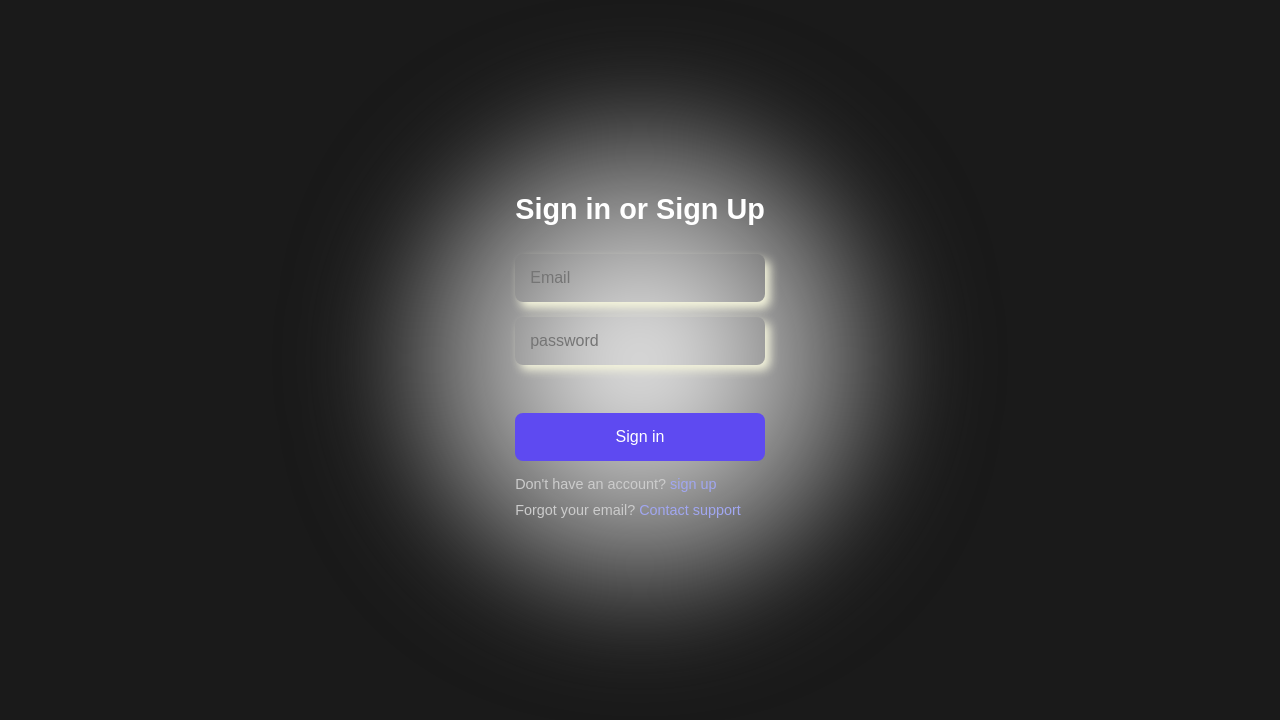
Repository: cmd-keyu/mobileppsh
Page: pages/login.html
The author's editor kept a copy of each file at every save. The page is drawn from the files as they stood at one save, then again after the next save.
The browser window is 1280 px wide. The pictures show the whole page.

Above is the page before, as saved 2024-11-12 12:17:36.

### pages/login.html
<!DOCTYPE html>
<html lang="en">
<head>
  <meta charset="UTF-8">
  <meta name="viewport" content="width=device-width, initial-scale=1.0">
  <title>Sign In Form</title>
  <link rel="stylesheet" href="../css/login.css">
  <script src="../javascript/login.js" defer></script>
</head>
<body>
  <div class="container">
    <div class="glow-box">
      <h2 style="color: white;">Sign in or Sign Up</h2>
      <br>
      <!-- <p>All that is required is only your email for sign-up or sign-in!!</p> -->
      <form action="account.html">
        <div class="sign-up">
            <input type="text" placeholder="name" class="disabled-btn hi">
            <br>
            <br>
            <input type="text" placeholder="address (Optional)" class="hi">
            <br>
            </div>
        <input type="email" placeholder="Email" required class="hi">
        <input type="password" placeholder="password" required class="hi">
        <br>
        <button type="submit" class="sign-in-btn-hide">Sign in</button>
        <button type="submit" class="sign-up-btn-hide">Sign up</button>
      </form>
      <div class="support">
        <p class="sign-up-text-hide">Don't have an account? <label for="sign-up-btn" class="colorsnup">sign up</label><button class="sign-up-btn hide-btn2" id="sign-up-btn">sign up</button></p>
        <p class="sign-in-text-hide">Already have an account? <label for="sign-in-btn" class="colorsnup">sign in</label><button class="sign-in-btn hide-btn2" id="sign-in-btn">sign in</button></p>
        <p>Forgot your email? <a href="#">Contact support</a></p>
      </div>
    </div>
  </div>
</body>
</html>

### css/login.css
* {
    margin: 0;
    padding: 0;
    box-sizing: border-box;
    font-family: Arial, sans-serif;
  }

  body {
    display: flex;
    justify-content: center;
    align-items: center;
    height: 100vh;
    background-color: #1a1a1a;
  }

  .container {
    display: flex;
    justify-content: center;
    align-items: center;
    height: 100%;
  }

  .glow-box::before {
    content: '';
    position: absolute;
    top: 50%;
    left: 50%;
    width: 500px;
    height: 500px;
    background: radial-gradient(circle, white, black);
    transform: translate(-50%, -50%);
    z-index: -1;
    border-radius: 50%;
    filter: blur(50px);
  }

  h2 {
    font-size: 1.8em;
    margin-bottom: 10px;
  }
  label:hover{

    text-decoration: underline;

  }

  p {
    margin-bottom: 10px;
    font-size: 0.9em;
    color: #ccc;
  }

  form {
    display: flex;
    flex-direction: column;
    gap: 15px;
  }

  input[type="email"] {
    padding: 15px;
    font-size: 1em;
    border: none;
    border-radius: 8px;
    outline: none;
    width: 100%;
     box-shadow: 5px 6px 10px beige;
     color: wheat;

  }
  input[type="password"] {
    padding: 15px;
    font-size: 1em;
    border: none;
    border-radius: 8px;
    outline: none;
    width: 100%;
     box-shadow: 5px 5px 10px beige;

  }

  input[type="text"] {
    padding: 15px;
    font-size: 1em;
    border: none;
    border-radius: 8px;
    outline: none;
    width: 100%;
     box-shadow: 9px 9px 10px beige;

  }

  button {
    padding: 15px;
    font-size: 1em;
    background-color: #5e4af1;
    color: #fff;
    border: none;
    border-radius: 8px;
    cursor: pointer;
    transition: background 0.3s;
  }

  button:hover {
    background-color: #4a3bdb;
  }

  .support {
    margin-top: 15px;
  }

  .support a {
    color: #a1a7f1;
    text-decoration: none;
  }

  .support a:hover {
    text-decoration: underline;
  }

  .sign-up{
    display: none;
  }

  .colorsnup{
    color: #a1a7f1;
  }

  .sign-up-btn-hide{
    display: none;
  }

  .hide-btn2{
    display: none;
  }

  .sign-in-text-hide{
    display: none;
  }
  .hi{
    /* border: none; */
    background-color: inherit;
    border-bottom: solid beige 1px;
    box-shadow: 9px 9px 10px beige;
  }

### javascript/login.js

const sign_up = document.querySelector('.sign-up')
const sign_up_btn = document.querySelector('.sign-up-btn')
const sign_in_btn = document.querySelector('.sign-in-btn')
const sign_in_btn_hide = document.querySelector('.sign-in-btn-hide')
const sign_up_btn_hide = document.querySelector('.sign-up-btn-hide')
const sign_in_text_hide = document.querySelector('.sign-in-text-hide')
const sign_up_text_hide = document.querySelector('.sign-up-text-hide')
const disabled_btn = document.querySelector('.disabled-btn')

sign_up_btn.addEventListener("click", () => {

  sign_up.style.display = 'block'
  sign_in_btn_hide.style.display = 'none'
  sign_up_btn_hide.style.display = 'block'
  sign_in_text_hide.style.display = 'block'
  sign_up_text_hide.style.display = 'none'
  disabled_btn.setAttribute('required', true)

})

sign_in_btn.addEventListener("click", () => {

  sign_up.style.display = 'none'
  sign_in_btn_hide.style.display = 'block'
  sign_up_btn_hide.style.display = 'none'
  sign_in_text_hide.style.display = 'none'
  sign_up_text_hide.style.display = 'block'
  disabled_btn.setAttribute('required', false)

})

After the next save:
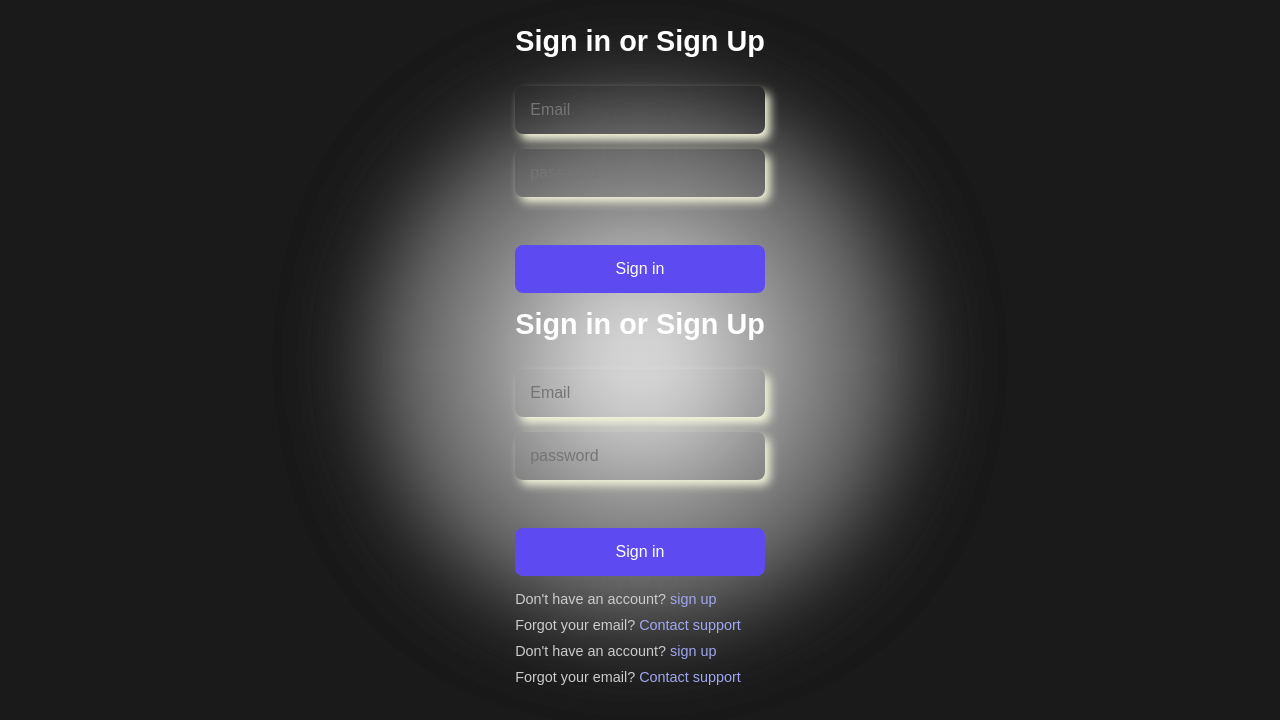
Console error: SyntaxError: Identifier 'sign_up' has already been declared
Saved 4 min 5 s later.
--- a/pages/login.html
+++ b/pages/login.html
@@ -1,4 +1,33 @@
 <!DOCTYPE html>
+<html lang="en">
+<head>
+  <meta charset="UTF-8">
+  <meta name="viewport" content="width=device-width, initial-scale=1.0">
+  <title>Sign In Form</title>
+  <link rel="stylesheet" href="../css/login.css">
+  <script src="../javascript/login.js" defer></script>
+</head>
+<body>
+  <div class="container">
+    <div class="glow-box">
+      <h2 style="color: white;">Sign in or Sign Up</h2>
+      <br>
+      <!-- <p>All that is required is only your email for sign-up or sign-in!!</p> -->
+      <form action="account.html">
+        <div class="sign-up">
+            <input type="text" placeholder="name" class="disabled-btn hi">
+            <br>
+            <br>
+            <input type="text" placeholder="address (Optional)" class="hi">
+            <br>
+            </div>
+        <input type="email" placeholder="Email" required class="hi">
+        <input type="password" placeholder="password" required class="hi">
+        <br>
+        <button type="submit" class="sign-in-btn-hide">Sign in</button>
+        <button type="submit" class="sign-up-btn-hide">Sign up</button>
+      </form>
+      <div class="support"><!DOCTYPE html>
 <html lang="en">
 <head>
   <meta charset="UTF-8">
@@ -36,3 +65,12 @@
   </div>
 </body>
 </html>
+
+        <p class="sign-up-text-hide">Don't have an account? <label for="sign-up-btn" class="colorsnup">sign up</label><button class="sign-up-btn hide-btn2" id="sign-up-btn">sign up</button></p>
+        <p class="sign-in-text-hide">Already have an account? <label for="sign-in-btn" class="colorsnup">sign in</label><button class="sign-in-btn hide-btn2" id="sign-in-btn">sign in</button></p>
+        <p>Forgot your email? <a href="#">Contact support</a></p>
+      </div>
+    </div>
+  </div>
+</body>
+</html>

After the save that followed:
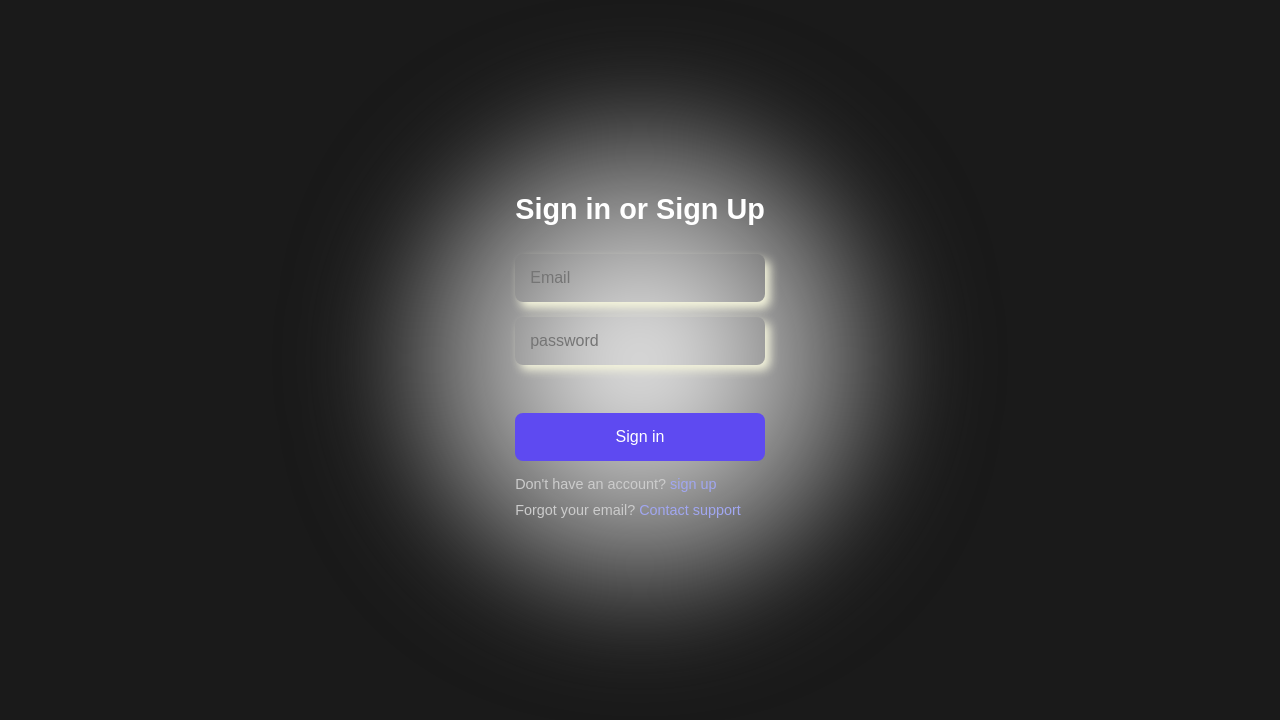
The error is gone.
Saved 4 s later.
--- a/pages/login.html
+++ b/pages/login.html
@@ -1,33 +1,4 @@
 <!DOCTYPE html>
-<html lang="en">
-<head>
-  <meta charset="UTF-8">
-  <meta name="viewport" content="width=device-width, initial-scale=1.0">
-  <title>Sign In Form</title>
-  <link rel="stylesheet" href="../css/login.css">
-  <script src="../javascript/login.js" defer></script>
-</head>
-<body>
-  <div class="container">
-    <div class="glow-box">
-      <h2 style="color: white;">Sign in or Sign Up</h2>
-      <br>
-      <!-- <p>All that is required is only your email for sign-up or sign-in!!</p> -->
-      <form action="account.html">
-        <div class="sign-up">
-            <input type="text" placeholder="name" class="disabled-btn hi">
-            <br>
-            <br>
-            <input type="text" placeholder="address (Optional)" class="hi">
-            <br>
-            </div>
-        <input type="email" placeholder="Email" required class="hi">
-        <input type="password" placeholder="password" required class="hi">
-        <br>
-        <button type="submit" class="sign-in-btn-hide">Sign in</button>
-        <button type="submit" class="sign-up-btn-hide">Sign up</button>
-      </form>
-      <div class="support"><!DOCTYPE html>
 <html lang="en">
 <head>
   <meta charset="UTF-8">
@@ -65,12 +36,3 @@
   </div>
 </body>
 </html>
-
-        <p class="sign-up-text-hide">Don't have an account? <label for="sign-up-btn" class="colorsnup">sign up</label><button class="sign-up-btn hide-btn2" id="sign-up-btn">sign up</button></p>
-        <p class="sign-in-text-hide">Already have an account? <label for="sign-in-btn" class="colorsnup">sign in</label><button class="sign-in-btn hide-btn2" id="sign-in-btn">sign in</button></p>
-        <p>Forgot your email? <a href="#">Contact support</a></p>
-      </div>
-    </div>
-  </div>
-</body>
-</html>
